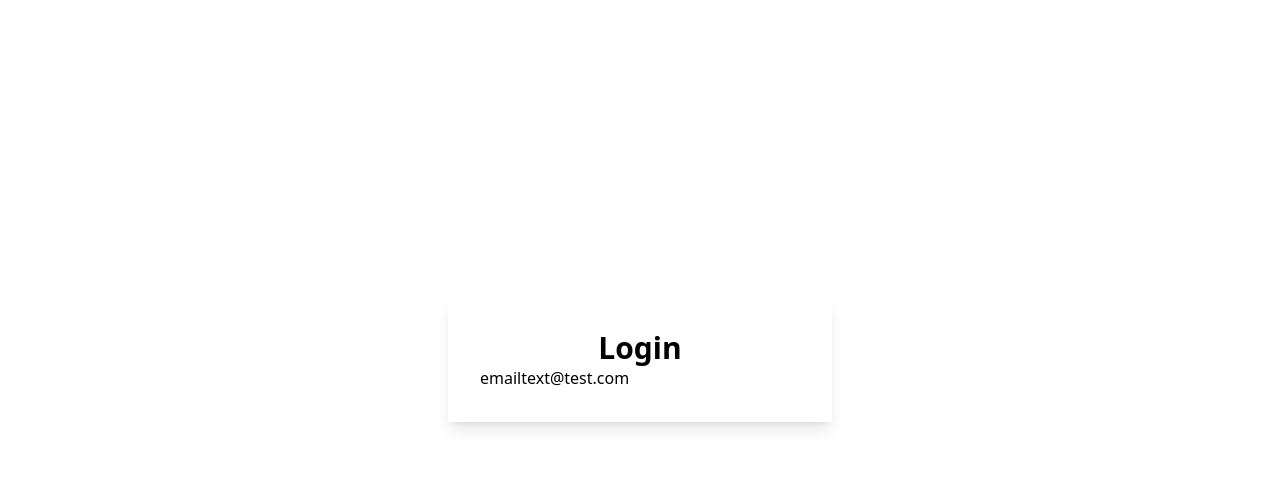
Repository: dydals3440/cool-store
Page: /login
The author's editor kept a copy of each file at every save. The page is drawn from the files as they stood at one save, then again after the next save.
The browser window is 1280 px wide. The pictures show the whole page.
The project was rebuilt for these pictures with package versions that can differ from the ones it lists, and the page was loaded fresh each time. Also part of the build but not shown: vite.config.js, src/pages/About.jsx, src/pages/Cart.jsx, src/pages/Checkout.jsx, src/pages/Error.jsx, src/pages/HomeLayout.jsx, src/pages/Landing.jsx, src/components/SubmitBtn.jsx and 3 more. Imported but missing from the stored project, and not drawn on this page: src/pages/Orders.

Above is the page before, as saved 2023-09-17 19:53:34.

### src/main.jsx
import ReactDOM from 'react-dom/client';
import App from './App.jsx';
import './index.css';

ReactDOM.createRoot(document.getElementById('root')).render(
  <>
    <App />
  </>
);

### src/App.jsx
import { RouterProvider, createBrowserRouter } from 'react-router-dom';
import {
  About,
  Cart,
  CheckOut,
  Error,
  HomeLayout,
  Landing,
  Login,
  Orders,
  Products,
  Register,
  SingleProduct,
} from './pages';

const router = createBrowserRouter([
  {
    path: '/',
    element: <HomeLayout />,
    errorElement: <Error />,
    children: [
      {
        index: true,
        element: <Landing />,
      },
      {
        path: 'products',
        element: <Products />,
      },
      {
        path: 'products/:id',
        element: <SingleProduct />,
      },
      {
        path: 'cart',
        element: <Cart />,
      },
      {
        path: 'about',
        element: <About />,
      },
      {
        path: 'checkout',
        element: <CheckOut />,
      },
      {
        path: 'orders',
        element: <Orders />,
      },
    ],
  },
  {
    path: '/login',
    element: <Login />,
    errorElement: <Error />,
  },
  {
    path: '/register',
    element: <Register />,
    errorElement: <Error />,
  },
]);

const App = () => {
  return <RouterProvider router={router} />;
};

export default App;

### src/pages/index.js
export { default as About } from './About';
export { default as Cart } from './Cart';
export { default as CheckOut } from './Checkout';
export { default as Error } from './Error';
export { default as HomeLayout } from './HomeLayout';
export { default as Landing } from './Landing';
export { default as Login } from './Login';
export { default as Orders } from './Orders';
export { default as Products } from './Products';
export { default as Register } from './Register';
export { default as SingleProduct } from './SingleProduct';

### src/pages/Login.jsx
import { FormInput, SubmitBtn } from '../components';
import { Form, Link } from 'react-router-dom';

const Login = () => {
  return (
    <section className='h-screen grid place-items-center'>
      <Form
        method='post'
        className='card w-96 p-8 bg-base-100 shadow-lg flex flex-col gap-y'
      >
        <h4 className='text-center text-3xl font-bold'>Login</h4>
        <FormInput
          type='email'
          label='email'
          name='identifier'
          defaultValue='text@test.com'
        />
      </Form>
    </section>
  );
};
export default Login;

### src/components/index.js
export { default as FormInput } from './FormInput';
export { default as SubmitBtn } from './SubmitBtn';

### src/components/FormInput.jsx
const FormInput = ({ label, name, type, defaultValue }) => {
  return (
    <div className='form-control '>
      <label className='label'>
        <span className='label-text'>{label}</span>
      </label>
      <input
        type={type}
        name={name}
        defaultValue={defaultValue}
        className='input input-bordered '
      />
    </div>
  );
};

export default FormInput;

Loaded but not shown: index.html (common file); src/index.css (common file); tailwind.config.js (common file)

After the next save:
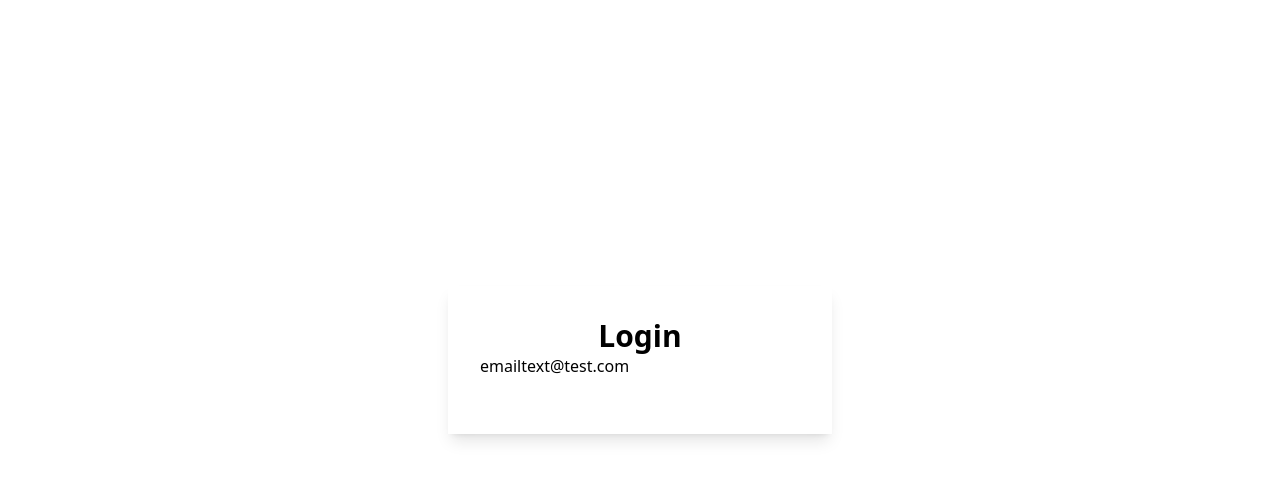
Saved 21 s later.
--- a/src/pages/Login.jsx
+++ b/src/pages/Login.jsx
@@ -15,6 +15,7 @@ const Login = () => {
           name='identifier'
           defaultValue='text@test.com'
         />
+        <FormInput />
       </Form>
     </section>
   );
